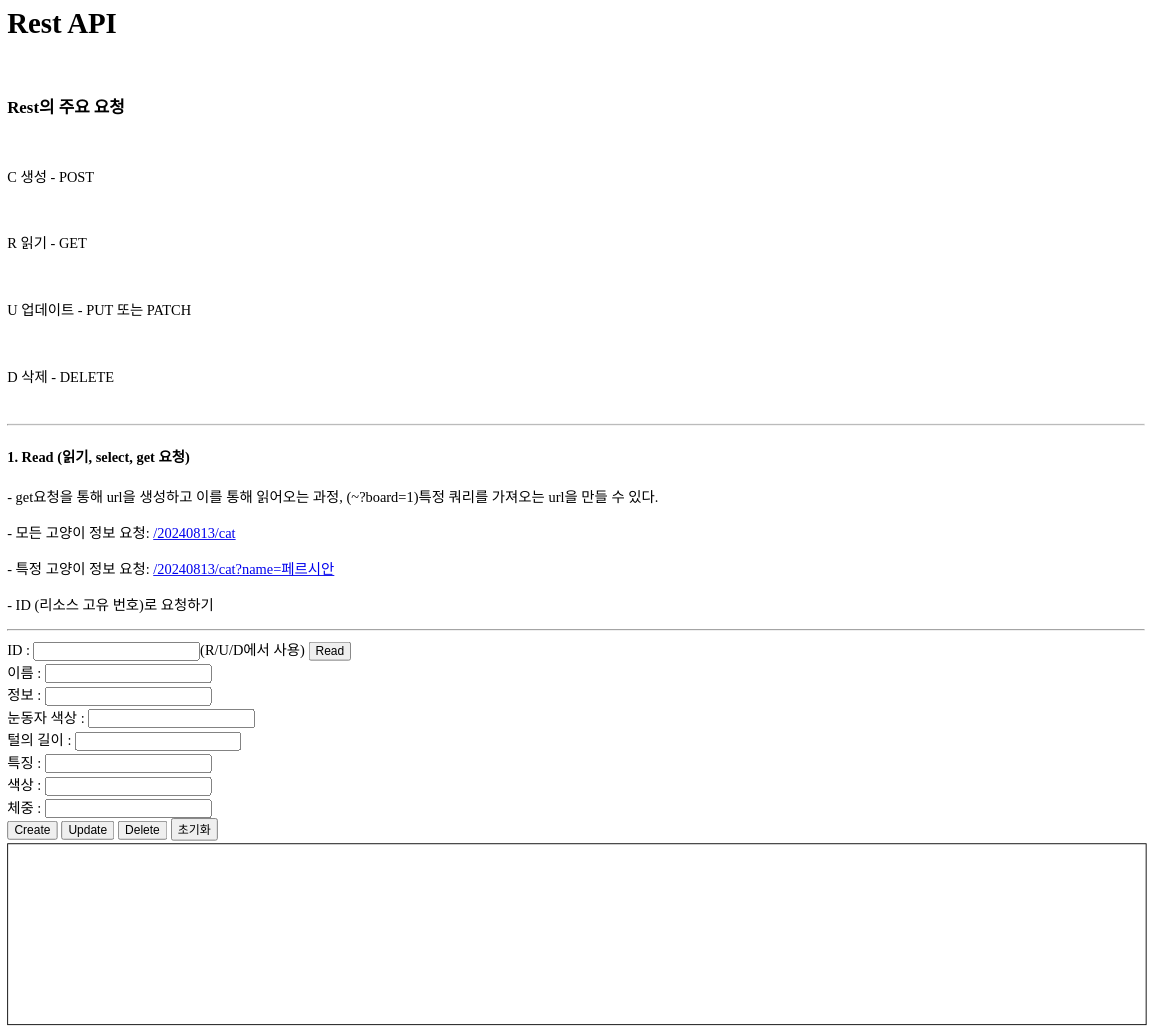
Repository: bus94/fullstack_part4
Page: http://localhost/20240813/WEB-INF/views/home.jsp
The author's editor kept a copy of each file at every save. The page is drawn from the files as they stood at one save, then again after the next save.
The browser window is 1280 px wide. The pictures show the whole page, at 90% of full size.
The page is served by Tomcat 9. Nobody is signed in. The template is opened directly, without the code that normally fills it, so the values that code supplies are empty.

Above is the page before, as saved 2024-08-13 03:20:08.

After the next save:
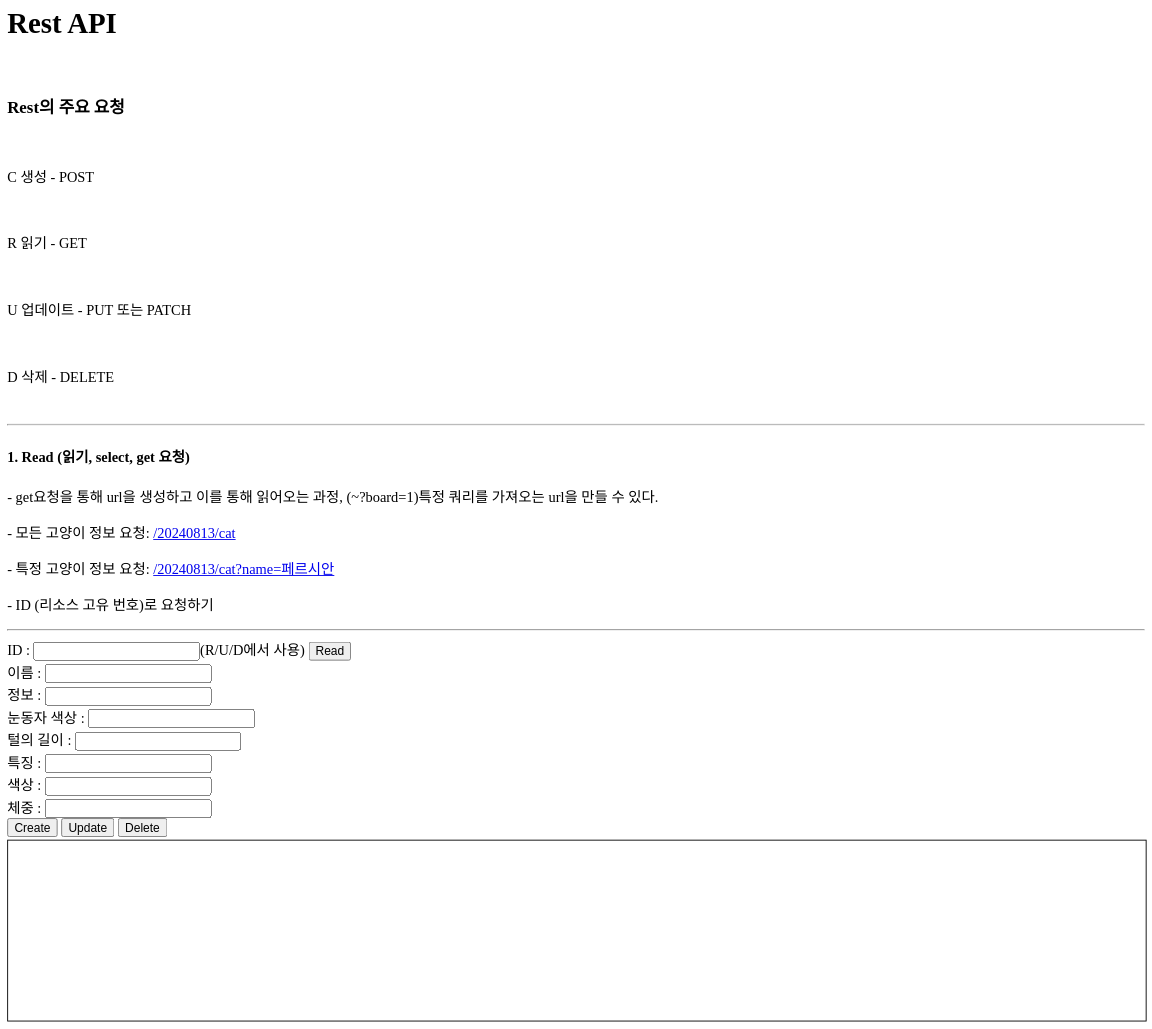
Saved 11 s later.
--- a/20240813/src/main/webapp/WEB-INF/views/home.jsp
+++ b/20240813/src/main/webapp/WEB-INF/views/home.jsp
@@ -73,7 +73,6 @@
 	<button id="createRequest">Create</button>
 	<button id="updateRequest">Update</button>
 	<button id="deleteRequest">Delete</button>
-	<input type="reset" value="초기화"/>
 	<div id="div1"></div>
 
 	<script>
